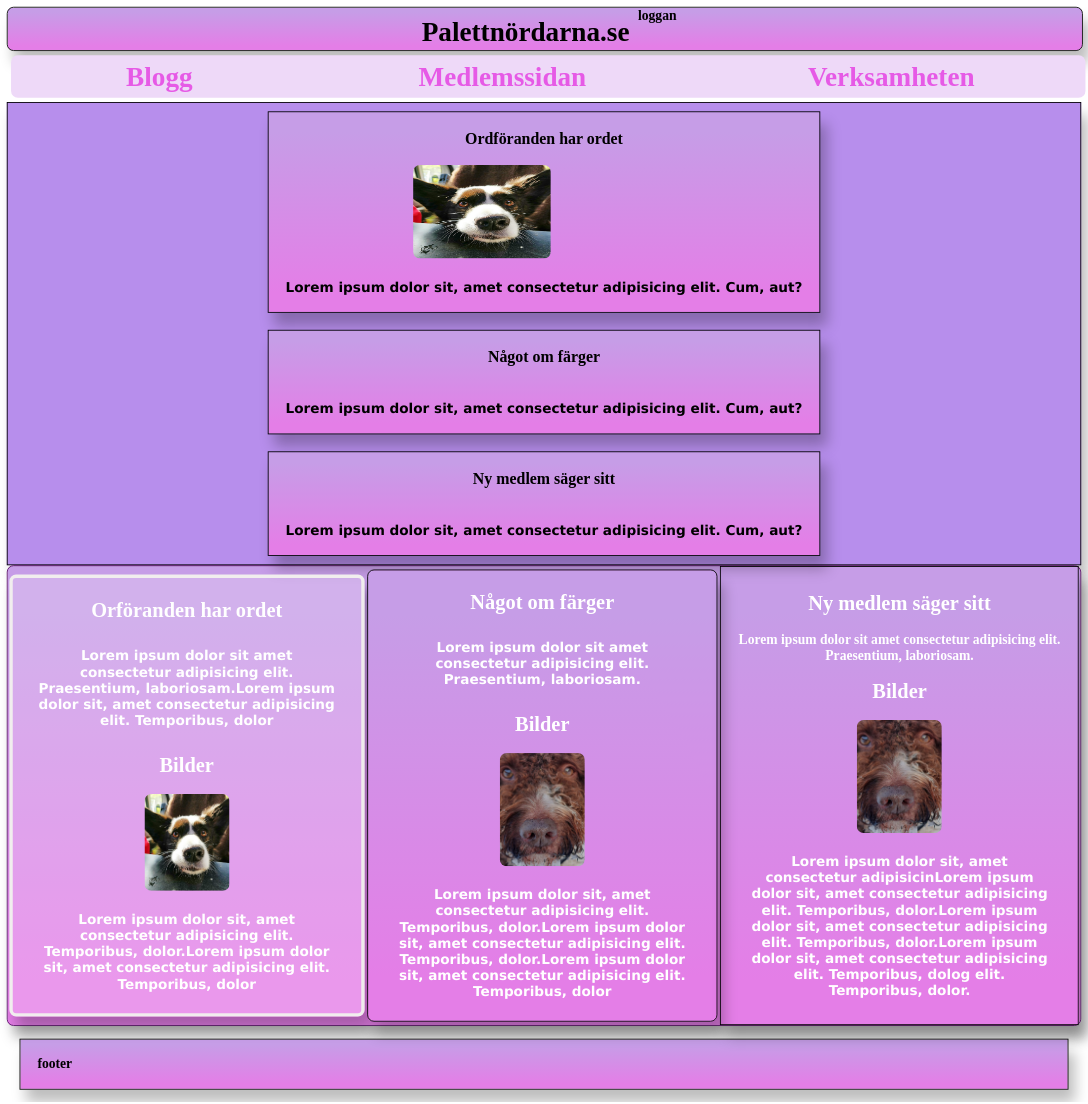
Repository: Webutveckling-20-21/lektion-3-CSS
Page: blogg.html
The author's editor kept a copy of each file at every save. The page is drawn from the files as they stood at one save, then again after the next save.
The browser window is 1280 px wide. The pictures show the whole page, at 85% of full size.
Some web fonts or font styles are not loaded; a fallback is used.

Above is the page before, as saved 2021-10-02 15:59:59.

### blogg.html
<!DOCTYPE html>
<html lang="en">

<head>
    <meta charset="UTF-8">
    <meta http-equiv="X-UA-Compatible" content="IE=edge">
    <meta name="viewport" content="width=device-width, initial-scale=1.0">
    <link rel="stylesheet" href="style.css">
    <title>lektion 3</title>
</head>

<body>
    <div class="header">
       <h1>Palettnördarna.se</h1>
       <div class="logo">
           loggan
       </div>

    </div>

    <ul class="navbar">

            <li class="nav-list"> <a href="blogg.html">Blogg</a></li>
            <li><a href="#">Medlemssidan</a></li>
            <li><a href="#">Verksamheten</a></li>

        </ul>

    <div class="main-center">

        <div class="article1">
            <h3>Ordföranden har ordet</h3>
            <img src="images/ord.jpg" class="thumbnail" height="110" width="110" alt="Bild på ordföranden">
            <p>Lorem ipsum dolor sit, amet consectetur adipisicing elit. Cum, aut?</p>
        </div>
        <div class="article3">
            <h3>Något om färger</h3>
            <p>Lorem ipsum dolor sit, amet consectetur adipisicing elit. Cum, aut?</p>
        </div>
        <div class="article3">
            <h3>Ny medlem säger sitt</h3>
            <p>Lorem ipsum dolor sit, amet consectetur adipisicing elit. Cum, aut?</p>
        </div>
    </div>
    <div class="box">
        <div class="blue">
            <h2>Orföranden har ordet</h2>
            <p>Lorem ipsum dolor sit amet consectetur adipisicing elit. Praesentium, laboriosam.Lorem ipsum dolor sit, amet consectetur adipisicing elit. Temporibus, dolor </p>
            <div class="images">
                <h2>Bilder</h2>
                <img src="images/ord.jpg" alt="bild">
                <p>Lorem ipsum dolor sit, amet consectetur adipisicing elit. Temporibus, dolor.Lorem ipsum dolor sit, amet consectetur adipisicing elit. Temporibus, dolor</p>
            </div>
        </div>
        <div class="green">
            <h2>Något om färger</h2>
            <p>Lorem ipsum dolor sit amet consectetur adipisicing elit. Praesentium, laboriosam. </p>
            <div class="images">
                <h2>Bilder</h2>
                <img src="images/olle.jpg" alt="bild">
                <p>Lorem ipsum dolor sit, amet consectetur adipisicing elit. Temporibus, dolor.Lorem ipsum dolor sit, amet consectetur adipisicing elit. Temporibus, dolor.Lorem ipsum dolor sit, amet consectetur adipisicing elit. Temporibus, dolor</p>
            </div>
        </div>
        <div class="red">
            <h2>Ny medlem säger sitt</h2>
            <div>Lorem ipsum dolor sit amet consectetur adipisicing elit. Praesentium, laboriosam.
                <div class="images">
                    <h2>Bilder</h2>
                    <img src="images/olle.jpg" alt="bild">
                    <p>Lorem ipsum dolor sit, amet consectetur adipisicinLorem ipsum dolor sit, amet consectetur adipisicing elit. Temporibus, dolor.Lorem ipsum dolor sit, amet consectetur adipisicing elit. Temporibus, dolor.Lorem ipsum dolor sit, amet consectetur adipisicing elit. Temporibus, dolog elit. Temporibus, dolor.</p>
                </div>
            </div>
        </div>
    </div>
</body>
<div class="footer-place"> footer</div>





</html>

### style.css
@import url('https://fonts.googleapis.com/css2?family=Grechen+Fuemen&display=swap');

body {
    font-family: 'Grechen Fuemen', cursive;
    font-weight: bolder;
}
.header{
    display:flex;
    width: 100%;
    height:50px;
    border:1px solid black;
    background: linear-gradient(to bottom, #c69de7 10%, #e47ee7 90%);
    box-shadow: 7.6px 15.2px 15.2px hsl(0deg 0% 0% / 0.26);
    border-radius:8px;
    justify-content: center;
}
.header h1 {
    margin:10px;
}

.navbar {
    width: 100%;
    height: 50px;
    display: flex;
    align-items: center;
    justify-content: space-around;
    background-color: #eed9f8;
    margin: 5px;
    border-radius:8px;
}

ul {

    list-style-type: none;
    display: flex;
    margin: 0;
    padding: 0;
    overflow: hidden;
}

.nav-list {
    margin: 5px;
}

a {
    text-decoration: none;
    font-size: 2rem;
    color:rgb(230, 90, 230);

}

a:hover {
    color:rgb(53, 5, 53);
}
.thumbnail:hover {
    position:relative;
    top:-20px;
    left:-30px;
    width:500px;
    height:auto;
    display:block;
    z-index:999;
}
/* <img src="[your hosted image URL]" class="thumbnail" height="100" width="100" />  */



.box {
    background: linear-gradient(to bottom, #c69de7 10%, #e47ee7 90%);
    /* height:200px; */
    display: flex;
    max-width: 100%;
    align-items: center;
    justify-content: center;
    border: 1px solid rgb(86, 5, 102);
    border-radius: 8px;
    flex-wrap: wrap;
    justify-content: center;
    /* opacity: 0.5; */
    box-shadow: 7.6px 15.2px 15.2px hsl(0deg 0% 0% / 0.26);
}

.blue {

   /* background: linear-gradient(to bottom, #c69de7 10%, #e47ee7 90%);*/
    max-width: 400px;
    background-color:rgba(255,255,255,0.2) ;
    margin: auto;
    border: 4px solid rgb(241, 238, 238);
    color: white;
    text-align: center;
    border-radius: 8px;
    justify-content: center;
    padding: 5px;
    box-shadow: 7.6px 15.2px 15.2px hsl(0deg 0% 0% / 0.26);


}

.green {

    background: linear-gradient(to bottom, #c69de7 10%, #e47ee7 90%);
    max-width: 400px;
    margin: auto;
    border: 1px solid black;
    color: white;
    text-align: center;
    border-radius: 8px;
    justify-content: center;
    padding: 5px;
    box-shadow: 7.6px 15.2px 15.2px hsl(0deg 0% 0% / 0.26);


}

.red {

    /*background: linear-gradient(to bottom, #c69de7 10%, #e47ee7 90%);*/
    max-width: 400px;
    margin: auto;
    color: white;
    text-align: center;
    border: 1px solid black;
    background:rgba(255,255,255,0.1)

    border-radius: 8px;
    justify-content: center;
    padding: 10px;
    box-shadow: 7.6px 15.2px 15.2px hsl(0deg 0% 0% / 0.26);

}

img {
    width: 25%;
    border-radius: 8px;
    max-width: 300px;
    margin: auto;
}

h2 {
    justify-content: center;
}

.main-center h3 {
    justify-content: center;
}

.main-center {
    display: flex;
    flex-direction: row;
    flex-wrap: wrap;
    border: 1px solid black;
    align-items: center;
    justify-content: center;
    background-color: rgb(183, 142, 236);
    box-shadow: 7.6px 15.2px 15.2px hsl(0deg 0% 0% / 0.26);
}

.article1 {
    margin: 10px;
    border: 1px solid black;
    justify-content: center;
    align-items: center;
    background: linear-gradient(to bottom, #c69de7 10%, #e47ee7 90%);
    box-shadow: 7.6px 15.2px 15.2px hsl(0deg 0% 0% / 0.26);

}
.article1 img {
    border-radius: 8px;
    margin-left: 170px;
}

.article2 {
    margin: 10px;
    border: 1px solid black;
    background-color: rgb(172, 125, 233);
    box-shadow: 7.6px 15.2px 15.2px hsl(0deg 0% 0% / 0.26);
    background: linear-gradient(to bottom, #c69de7 10%, #e47ee7 90%);

}

.article3 {
    margin: 10px;
    border: 1px solid black;
    background: linear-gradient(to bottom, #c69de7 10%, #e47ee7 90%);
    box-shadow: 7.6px 15.2px 15.2px hsl(0deg 0% 0% / 0.26);
}

h3 {
    margin: auto;
}

p {
    text-align: center;
    margin: 10px;
    padding: 10px;
    font-family: 'Lucida Sans', 'Lucida Sans Regular', 'Lucida Grande', 'Lucida Sans Unicode', Geneva, Verdana, sans-serif;

}

h3 {
    padding: 20px;
    text-align: center;
}

.footer-place {
    padding: 20px;
    margin: 15px;
    border: 1px solid black;
    background: linear-gradient(to bottom, #c69de7 10%, #e47ee7 90%);
    box-shadow: 7.6px 15.2px 15.2px hsl(0deg 0% 0% / 0.26);
}

### style1.css
@import url('https://fonts.googleapis.com/css2?family=Grechen+Fuemen&display=swap');

body {
    font-family: 'Grechen Fuemen', cursive;
    font-weight: bolder;
}
.header{
    display:flex;
    width: 100%;
    height:50px;
    border:1px solid black;
    background: linear-gradient(to bottom, #c69de7 10%, #e47ee7 90%);
    box-shadow: 7.6px 15.2px 15.2px hsl(0deg 0% 0% / 0.26);
    border-radius:8px;
    justify-content: center;
}
.header h1 {
    margin:10px;
}

.navbar {
    width: 100%;
    height: 50px;
    display: flex;
    align-items: center;
    justify-content: space-around;
    background-color: #eed9f8;
    margin: 5px;
    border-radius:8px;
}

ul {

    list-style-type: none;
    display: flex;
    margin: 0;
    padding: 0;
    overflow: hidden;
}

.nav-list {
    margin: 5px;
}
a
{
    position: relative;
    display: inline-block;
    padding: 15px 30px;
    color: #2196F3;
    text-transform: uppercase;
    letter-spacing: 4px;
    text-decoration: none;
    font-size: 24px;
    overflow: hidden;
    transition: 0.2s;
}
a:hover
{
    color: #255784;
    background: #2196F3;
    transition-delay: 1s;
    box-shadow: 0 0 10px #2196F3, 0 0 40px #2196F3, 0 0 80px #2196F3;
}
a span
{
    position: absolute;
    display: block;
}
a span:nth-child(1)
{
    top: 0;
    left: -100%;
    width: 100%;
    height: 2px;
    background: linear-gradient(90deg,transparent,#2196F3);
}
a:hover span:nth-child(1)
{
    left: 100%;
    transition: 1s;
}
a span:nth-child(3)
{
    bottom: 0;
    right: -100%;
    width: 100%;
    height: 2px;
    background: linear-gradient(270deg,transparent,#2196F3);
}
a:hover span:nth-child(3)
{
    right: 100%;
    transition: 1s;
    transition-delay: 0.5s;
}
a span:nth-child(2)
{
    top: -100%;
    right: 0;
    width: 2px;
    height: 100%;
    background: linear-gradient(180deg,transparent,#2196F3);
}
a:hover span:nth-child(2)
{
    top: 100%;
    transition: 1s;
    transition-delay: 0.25s;
}
/* <img src="[your hosted image URL]" class="thumbnail" height="100" width="100" />  */



.box {
    background: linear-gradient(to bottom, #c69de7 10%, #e47ee7 90%);
    /* height:200px; */
    display: flex;
    max-width: 100%;
    align-items: center;
    justify-content: center;
    border: 1px solid black;
    border-radius: 8px;
    flex-wrap: wrap;
    justify-content: center;
    /* opacity: 0.5; */
    box-shadow: 7.6px 15.2px 15.2px hsl(0deg 0% 0% / 0.26);
}

.blue {

    background: linear-gradient(to bottom, #c69de7 10%, #e47ee7 90%);
    max-width: 400px;
    margin: auto;
    border: 1px solid black;
    color: white;
    text-align: center;
    border-radius: 8px;
    justify-content: center;
    padding: 5px;
    box-shadow: 7.6px 15.2px 15.2px hsl(0deg 0% 0% / 0.26);


}

.green {

    background: linear-gradient(to bottom, #c69de7 10%, #e47ee7 90%);
    max-width: 400px;
    margin: auto;
    border: 1px solid black;
    color: white;
    text-align: center;
    border-radius: 8px;
    justify-content: center;
    padding: 5px;
    box-shadow: 7.6px 15.2px 15.2px hsl(0deg 0% 0% / 0.26);


}

.red {

    background: linear-gradient(to bottom, #c69de7 10%, #e47ee7 90%);
    max-width: 400px;
    margin: auto;
    color: white;
    text-align: center;
    border: 1px solid black;

    border-radius: 8px;
    justify-content: center;
    padding: 10px;
    box-shadow: 7.6px 15.2px 15.2px hsl(0deg 0% 0% / 0.26);

}

img {
    width: 25%;
    border-radius: 8px;
    max-width: 300px;
    margin: auto;
}

h2 {
    justify-content: center;
}

.main-center h3 {
    justify-content: center;
}

.main-center {
    display: flex;
    flex-direction: row;
    flex-wrap: wrap;
    border: 1px solid black;
    align-items: center;
    justify-content: center;
    background-color: rgb(183, 142, 236);
    box-shadow: 7.6px 15.2px 15.2px hsl(0deg 0% 0% / 0.26);
}

.article1 {
    margin: 10px;
    border: 1px solid black;
    justify-content: center;
    align-items: center;
    background: linear-gradient(to bottom, #c69de7 10%, #e47ee7 90%);
    box-shadow: 7.6px 15.2px 15.2px hsl(0deg 0% 0% / 0.26);

}
.article1 img {
    border-radius: 8px;
    margin-left: 170px;
}

.article2 {
    margin: 10px;
    border: 1px solid black;
    background-color: rgb(172, 125, 233);
    box-shadow: 7.6px 15.2px 15.2px hsl(0deg 0% 0% / 0.26);
    background: linear-gradient(to bottom, #c69de7 10%, #e47ee7 90%);

}

.article3 {
    margin: 10px;
    border: 1px solid black;
    background: linear-gradient(to bottom, #c69de7 10%, #e47ee7 90%);
    box-shadow: 7.6px 15.2px 15.2px hsl(0deg 0% 0% / 0.26);
}

h3 {
    margin: auto;
}

p {
    text-align: center;
    margin: 10px;
    padding: 10px;
}

h3 {
    padding: 20px;
    text-align: center;
}

.footer-place {
    padding: 20px;
    margin: 15px;
    border: 1px solid black;
    background: linear-gradient(to bottom, #c69de7 10%, #e47ee7 90%);
    box-shadow: 7.6px 15.2px 15.2px hsl(0deg 0% 0% / 0.26);
}

After the next save:
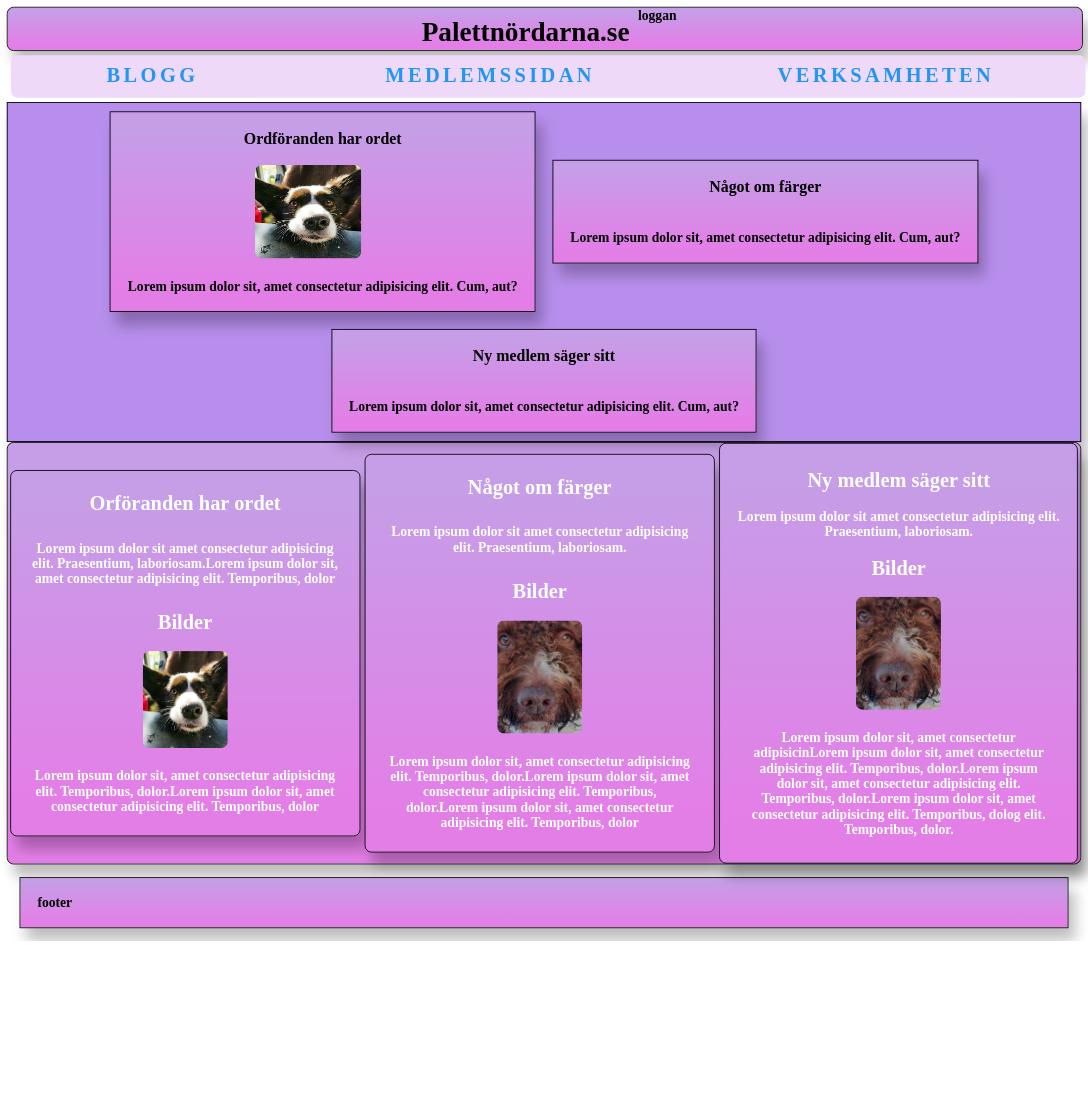
Saved 14 s later.
--- a/blogg.html
+++ b/blogg.html
@@ -5,7 +5,7 @@
     <meta charset="UTF-8">
     <meta http-equiv="X-UA-Compatible" content="IE=edge">
     <meta name="viewport" content="width=device-width, initial-scale=1.0">
-    <link rel="stylesheet" href="style.css">
+    <link rel="stylesheet" href="style1.css">
     <title>lektion 3</title>
 </head>
 
